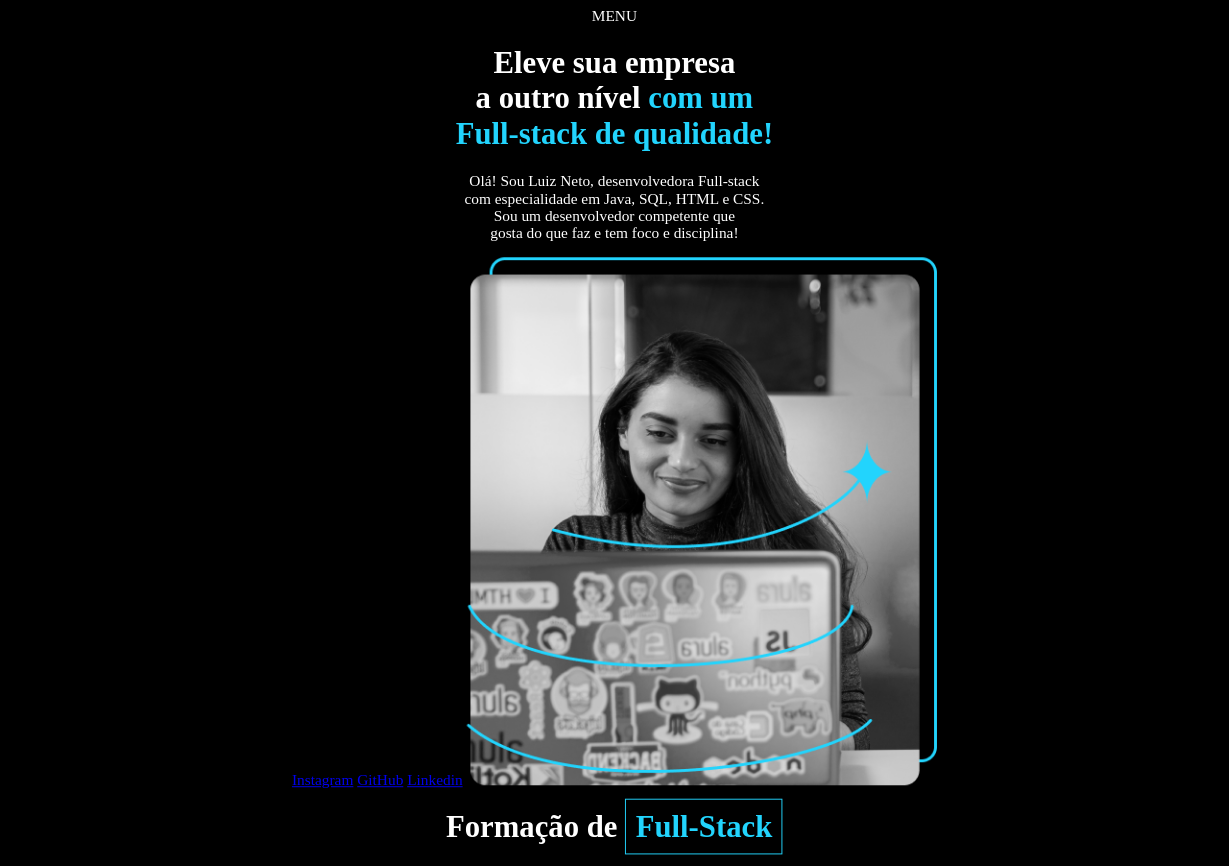
Repository: luiz123098/Sobre-mim-em-HTM-CSS
Page: htmlcss.html
These files come from the project's save history. The page is drawn as it stood at one moment and after the next save; the edit follows.
The browser window is 1280 px wide. The pictures show the whole page, at 96% of full size.

Above is the page before, as saved 2023-03-08 14:02:10.

After the next save:
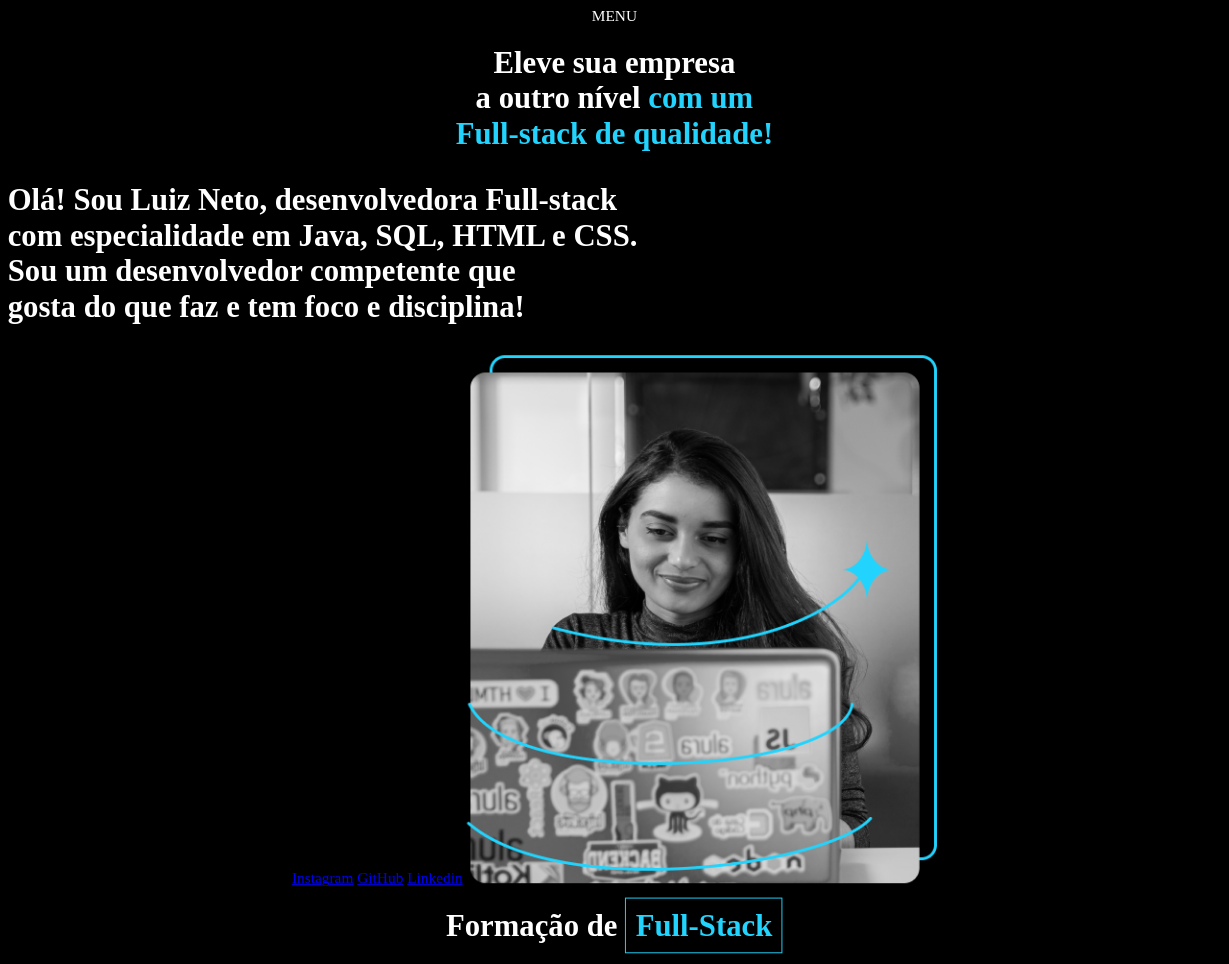
Saved 2 min 1 s later.
--- a/htmlcss.html
+++ b/htmlcss.html
@@ -16,18 +16,17 @@
                 Eleve sua empresa<br>
                 a outro nível
                 <strong
-                class="texto_em_destaque">
-                com um<br>Full-stack de qualidade!
+                    class="texto_em_destaque">
+                    com um<br>Full-stack de qualidade!
                 </strong>
+                <p class="biografia">
+                    Olá! Sou Luiz Neto, desenvolvedora Full-stack<br>
+                    com especialidade em Java, SQL, HTML e CSS.<br>
+                    Sou um desenvolvedor competente que<br>
+                    gosta do que faz e tem foco e disciplina!
+                </p>
+            </h1>
         </div>
-            <p>
-            Olá! Sou Luiz Neto, desenvolvedora Full-stack<br>
-            com especialidade em Java, SQL, HTML e CSS.<br>
-            Sou um desenvolvedor competente que<br>
-            gosta do que faz e tem foco e disciplina!
-            </p>
-
-        </h1>
 
         <a href="https://www.instagram.com/luiz.alencar2/">
             Instagram</a>
